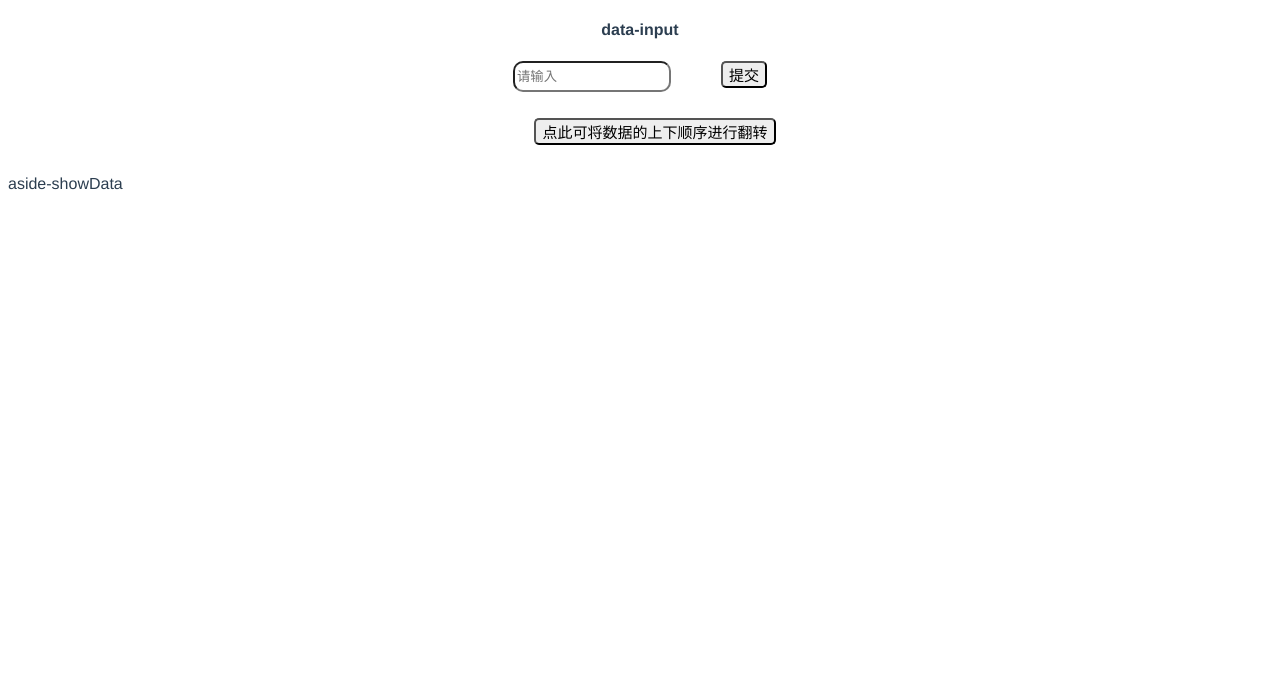
Repository: z-xy-git/demofirst
Page: /
The author's editor kept a copy of each file at every save. The page is drawn from the files as they stood at one save, then again after the next save.
The browser window is 1280 px wide. The pictures show the whole page.
The project was rebuilt for these pictures with package versions that can differ from the ones it lists, and the page was loaded fresh each time. Also part of the build but not shown: src/views/ShowData.vue, src/views/ReverseShowData.vue.

Above is the page before, as saved 2021-02-26 12:08:19.

### src/router/index.js
import Vue from 'vue'
import VueRouter from 'vue-router'
import Home from '../views/Home.vue'
import ShowData from '../views/ShowData.vue'
import ReverseShowData from '../views/ReverseShowData.vue'

Vue.use(VueRouter)

const routes = [
  {
    path: '/',
    redirect: '/home'
  },
  {
    path: '/home',
    name: 'Home',
    component: Home,
    children:[
      {
        path: '/showData',
        component: ShowData
      },
      {
        path: '/reverseShowData',
        component: ReverseShowData
      }
    ]
  },
  // {
    // path: '/showData',
    // name: 'ShowData',
    // route level code-splitting
    // this generates a separate chunk (about.[hash].js) for this route
    // which is lazy-loaded when the route is visited.
    // component: () => import(/* webpackChunkName: "about" */ '../views/ShowData.vue')
  // }
]

const router = new VueRouter({
  mode: 'history',
  base: process.env.BASE_URL,
  routes
})

export default router

### src/store/index.js
import Vue from 'vue'
import Vuex from 'vuex'

Vue.use(Vuex)

export default new Vuex.Store({
  state: {
    dataArr: []
  },
  getters:{
    reverseDataArr(state){
      return state.dataArr.reverse();
    }
  },
  mutations: {
    addData(state, payload){
      state.dataArr.push(payload);
    }
  },
  actions: {
  },
  modules: {
  }
})

### src/views/Home.vue
<template>
  <div class="home">
    <h4>data-input</h4>
    <input type="text" v-model="inputData"
      placeholder="请输入"
      class="input-style"
      onmouseover="this.select()">
    <button @click="btnclick" class="btn-style">提交</button>
    <div>
      <button @click="reverseItemData" class="btn-style">点此可将数据的上下顺序进行翻转</button>
    </div>
    <div class="left">aside-showData</div>
    <router-view/>
  </div>
</template>

<script>
// @ is an alias to /src

export default {
  name: 'Home',
  components: {
  },
  data(){
    return{
      inputData: '',
      // inputDataArr: []
    }
  },
  methods:{
    btnclick() {
      this.$store.commit('addData',this.inputData);
      this.$router.push('showData');
    },
    reverseItemData(){
      this.$router.push('reverseShowData');
    }
  }
}
</script>
<style>
  .input-style{
    margin-right: 20px;
    outline: none;
    border-radius: 10px;
    width: 150px;
    height: 25px;
  }
  .btn-style{
    margin: 0 0 30px 30px;
    outline: none;
    border-radius: 5px;
    background-color: #eee;
    font-size: 15px;
  }
  .left{
    position: absolute;
    left
  }
</style>

Loaded but not shown: public/index.html (common file); src/main.js (common file); src/App.vue (common file)

After the next save:
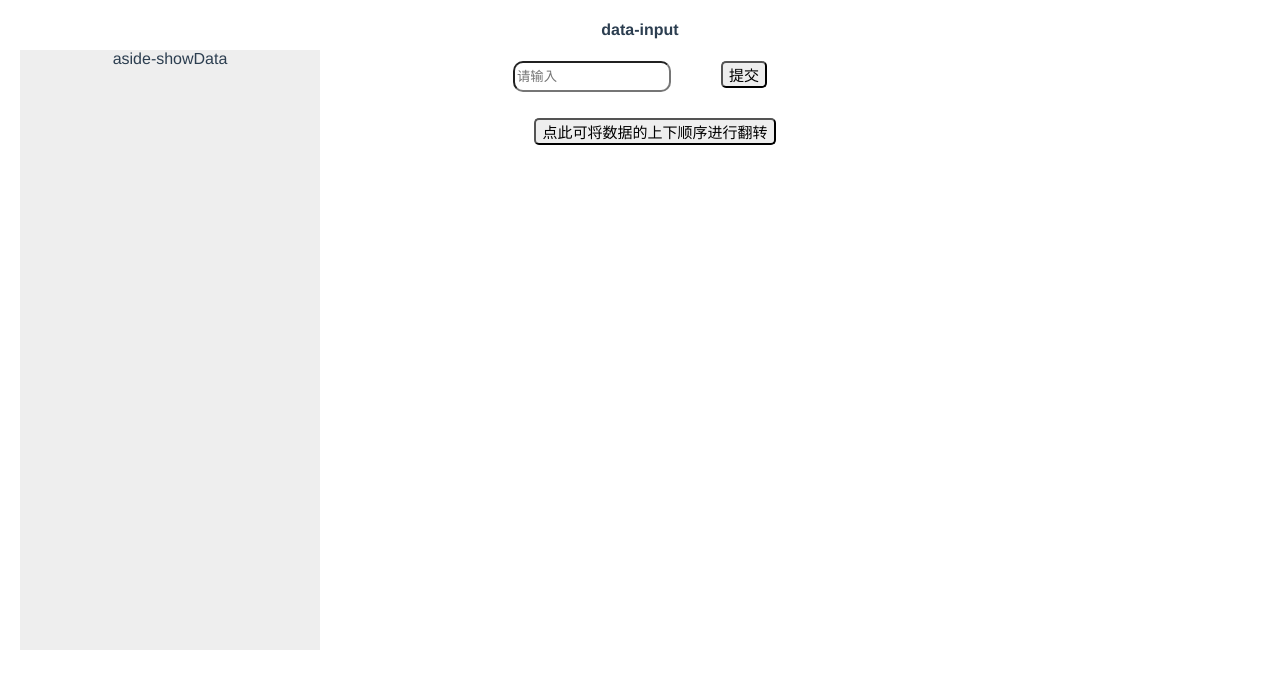
Saved 79 s later.
--- a/src/views/Home.vue
+++ b/src/views/Home.vue
@@ -55,6 +55,10 @@ export default {
   }
   .left{
     position: absolute;
-    left
+    left: 20px;
+    top: 50px;
+    width: 300px;
+    height: 600px;
+    background-color: #eee;
   }
 </style>
